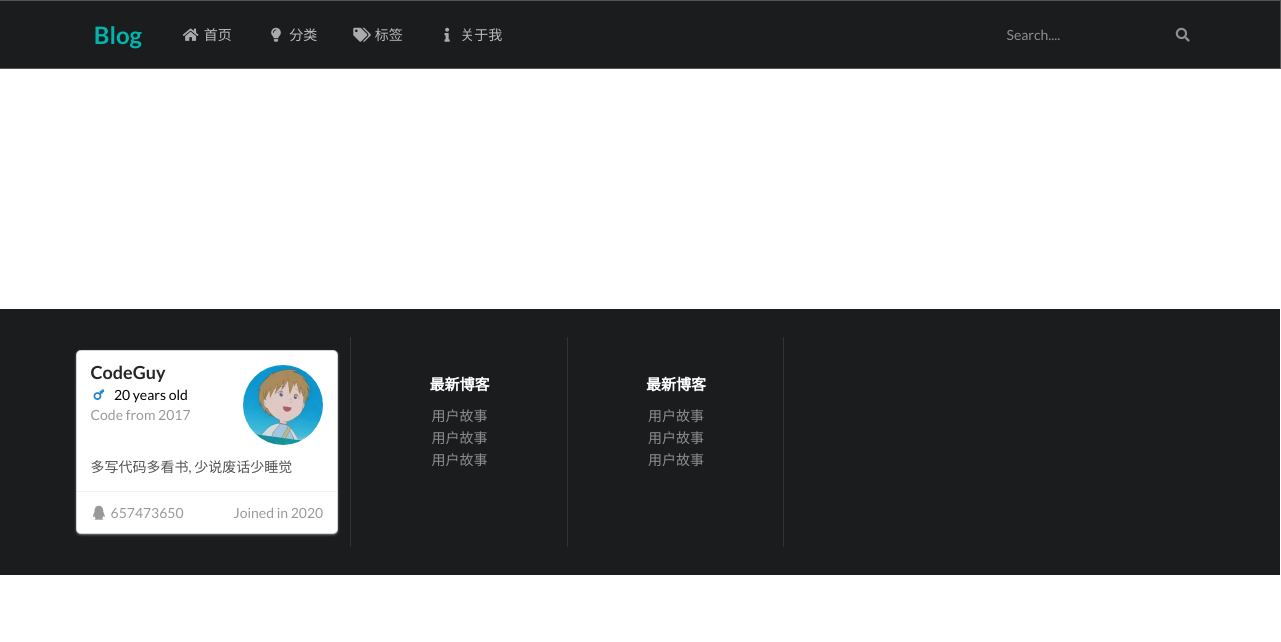
Repository: GOGOHQ/myblog
Page: index.html
An editor plug-in stored every save of this project. The page is shown before and after the next save, followed by the edit.
The browser window is 1280 px wide. The page is 1281 px wide, so the pictures cover 1281 px, including what lies to the right of the window. The pictures show the whole page.
Some web libraries are served in a nearby version.

Above is the page before, as saved 2020-01-16 15:57:16.

After the next save:
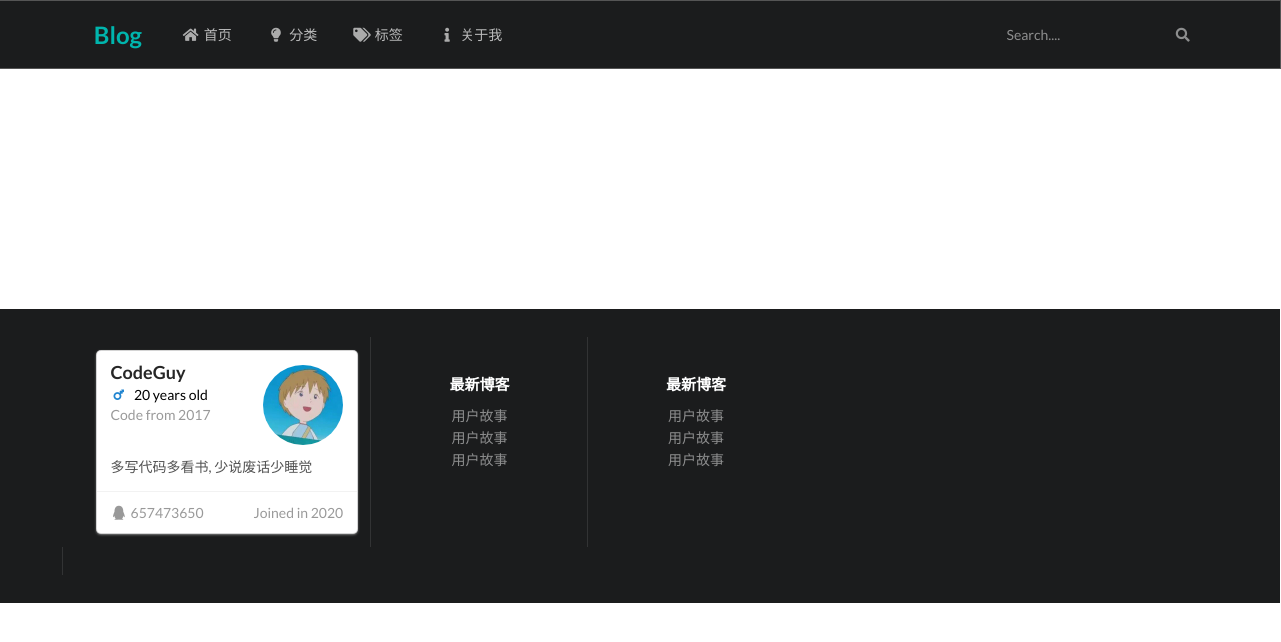
Saved 39 s later.
--- a/index.html
+++ b/index.html
@@ -38,7 +38,7 @@
 <footer class="ui inverted vertical segment m-padded-tb-massive">
     <div class="ui container">
         <div class="ui inverted divided grid">
-            <div class="four wide column ">
+            <div class="four wide column " style="margin-left: 20px;">
 
                 <div class="ui card">
                     <div class="content">
